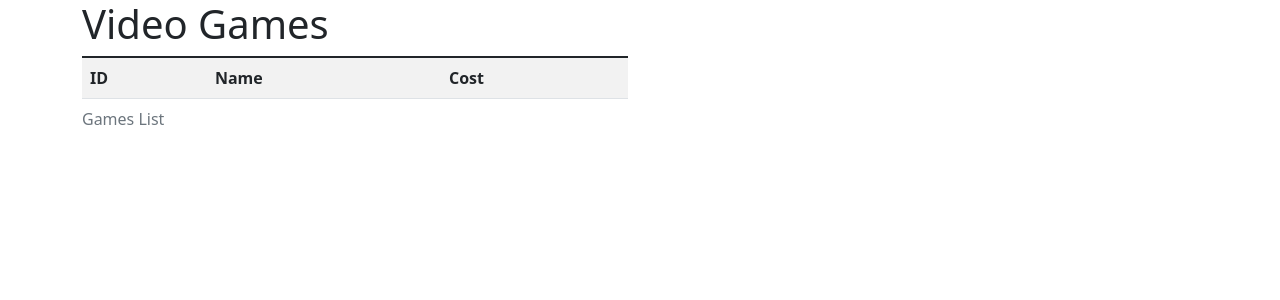
Repository: teban004/COMP1006---W2017
Page: http://localhost/
The author's editor kept a copy of each file at every save. The page is drawn from the files as they stood at one save, then again after the next save.
The browser window is 1280 px wide. The pictures show the whole page.
The page is run by PHP 8.4 with error messages shown; the project is at /var/www/html/. Queries for data that is not in the repository find no rows.

Above is the page before, as saved 2022-01-04 16:50:51.

### index.php

<!DOCTYPE html>
<html lang="en">
<head>
    <meta charset="utf-8">
    <meta name="viewport" content="width=device-width, initial-scale=1">
    <title>COMP1006</title>
    <!-- CSS Section -->
    <link rel="stylesheet" href="./Scripts/lib/bootstrap/dist/css/bootstrap.min.css"/>
    <link rel="stylesheet" href="./Scripts/lib/font-awesome/css/fontawesome.css"/>
    <link rel="stylesheet" href="./Content/app.css"/>
</head>
<body>
    <div class="container">
        <div class="row">
            <div class="col-md-offset-3 col-md-6">
                <h1>Video Games</h1>

                <?php

                    $dsn = 'mysql:host=localhost;dbname=gameDB';
                    $userName = 'gameusr';
                    $password = 'EASportsKonami-2022';

                    try {
                        $db = new PDO($dsn, $userName, $password);
                    }
                    catch(PDOException $e) {
                        $message = $e->getMessage();
                        echo "An error occurred: " . $message;
                    }

                    $query = "SELECT * FROM Games";
                    $statement = $db->prepare($query);
                    $statement->execute(); // run on the db server
                    $games = $statement->fetchAll(); // returns an array for each row

                ?>

                <table class="table table-striped">
                    <caption>Games List</caption>
                    <tr>
                        <th>ID</th>
                        <th>Name</th>
                        <th>Cost</th>
                    </tr>

                <?php

                    foreach ($games as $game) {
                        echo "<tr>";
                        echo "<td>" . $game['Id'] . "</td>";
                        echo "<td>" . $game['Name'] . "</td>";
                        echo "<td>$" . $game['Cost'] . "</td>";
                        echo "</tr>";
                    }

                ?>

                </table>

        </div>
        </div>

    </div>

    <!-- JavaScript Section-->
    <script src="./Scripts/lib/jquery/dist/jquery.min.js"></script>
    <script src="./Scripts/lib/bootstrap/dist/js/bootstrap.min.js"></script>
    <script src="./Scripts/app.js"></script>
</body>
</html>

### Content/app.css
/* custom CSS goes here */

### Scripts/app.js
/* custom JavaScript goes here */

Loaded but not shown: Scripts/lib/bootstrap/dist/css/bootstrap.min.css (library); Scripts/lib/font-awesome/css/fontawesome.css (library); Scripts/lib/jquery/dist/jquery.min.js (library); Scripts/lib/bootstrap/dist/js/bootstrap.min.js (library)

After the next save:
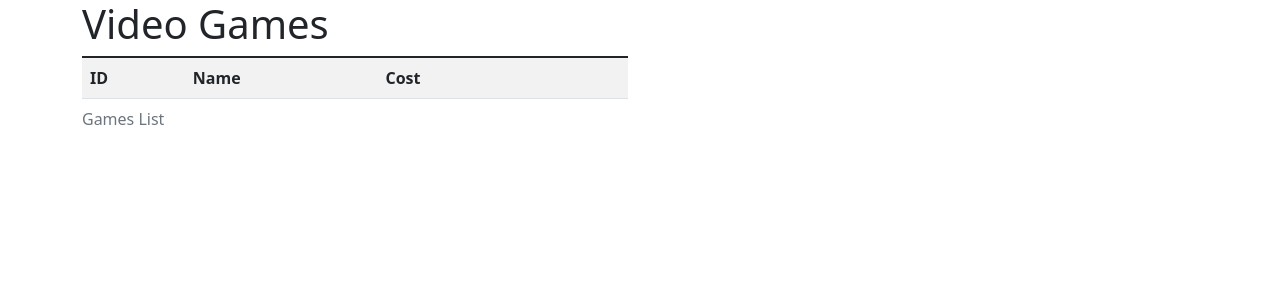
Saved 6 min 52 s later.
--- a/index.php
+++ b/index.php
@@ -43,6 +43,8 @@
                         <th>ID</th>
                         <th>Name</th>
                         <th>Cost</th>
+                        <th></th>
+                        <th></th>
                     </tr>
 
                 <?php
@@ -52,6 +54,8 @@
                         echo "<td>" . $game['Id'] . "</td>";
                         echo "<td>" . $game['Name'] . "</td>";
                         echo "<td>$" . $game['Cost'] . "</td>";
+                        echo '<button class="btn btn-primary">Edit</button>';
+                        echo '<button class="btn btn-danger">Delete</button>';
                         echo "</tr>";
                     }
 
